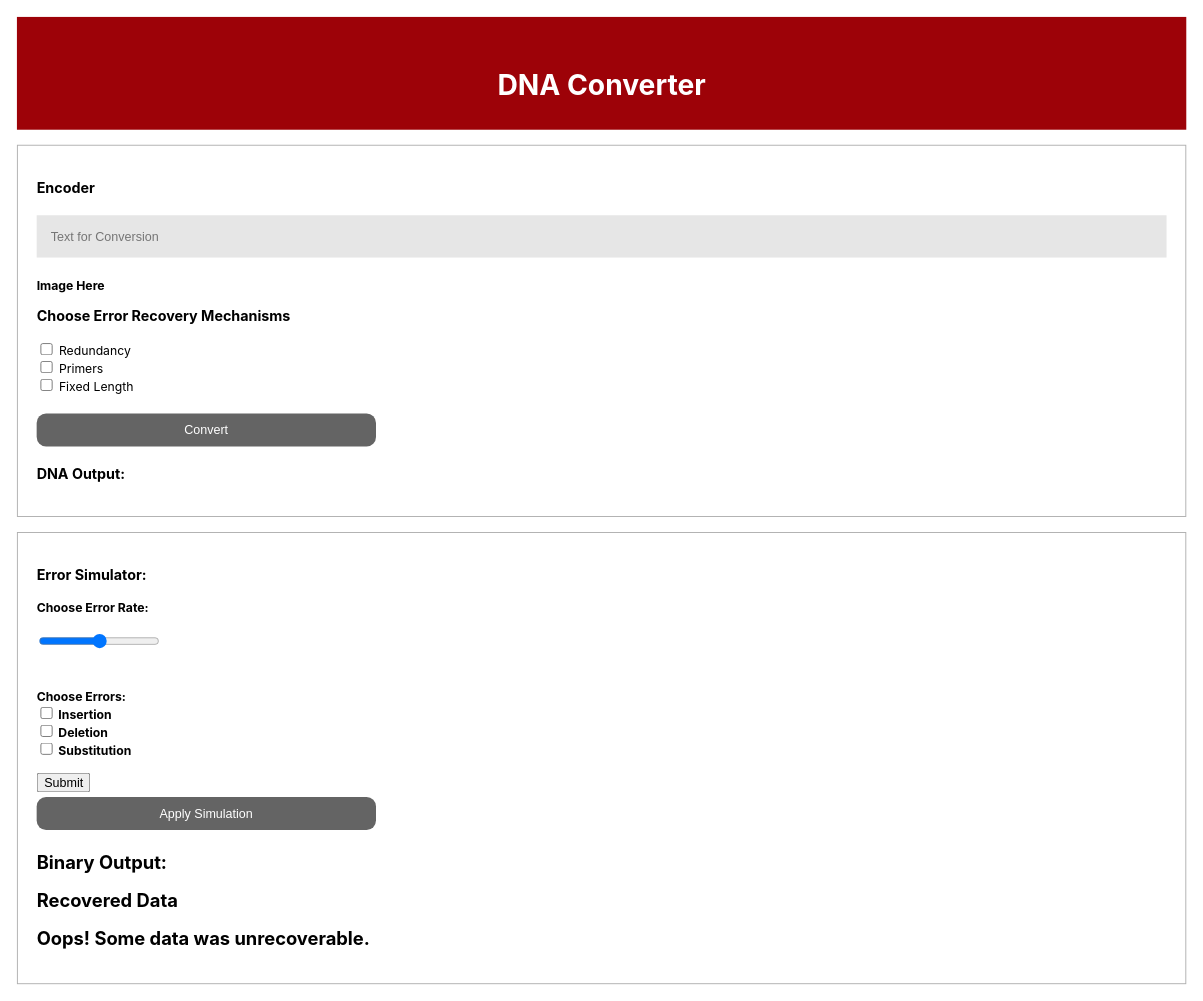
Repository: komalharjani/MSc-Thesis-DNA-Storage
Page: index.html
An editor plug-in stored every save of this project. The page is shown before and after the next save, followed by the edit.
The browser window is 1280 px wide. The pictures show the whole page, at 94% of full size.

Above is the page before, as saved 2020-08-16 22:19:16.

After the next save:
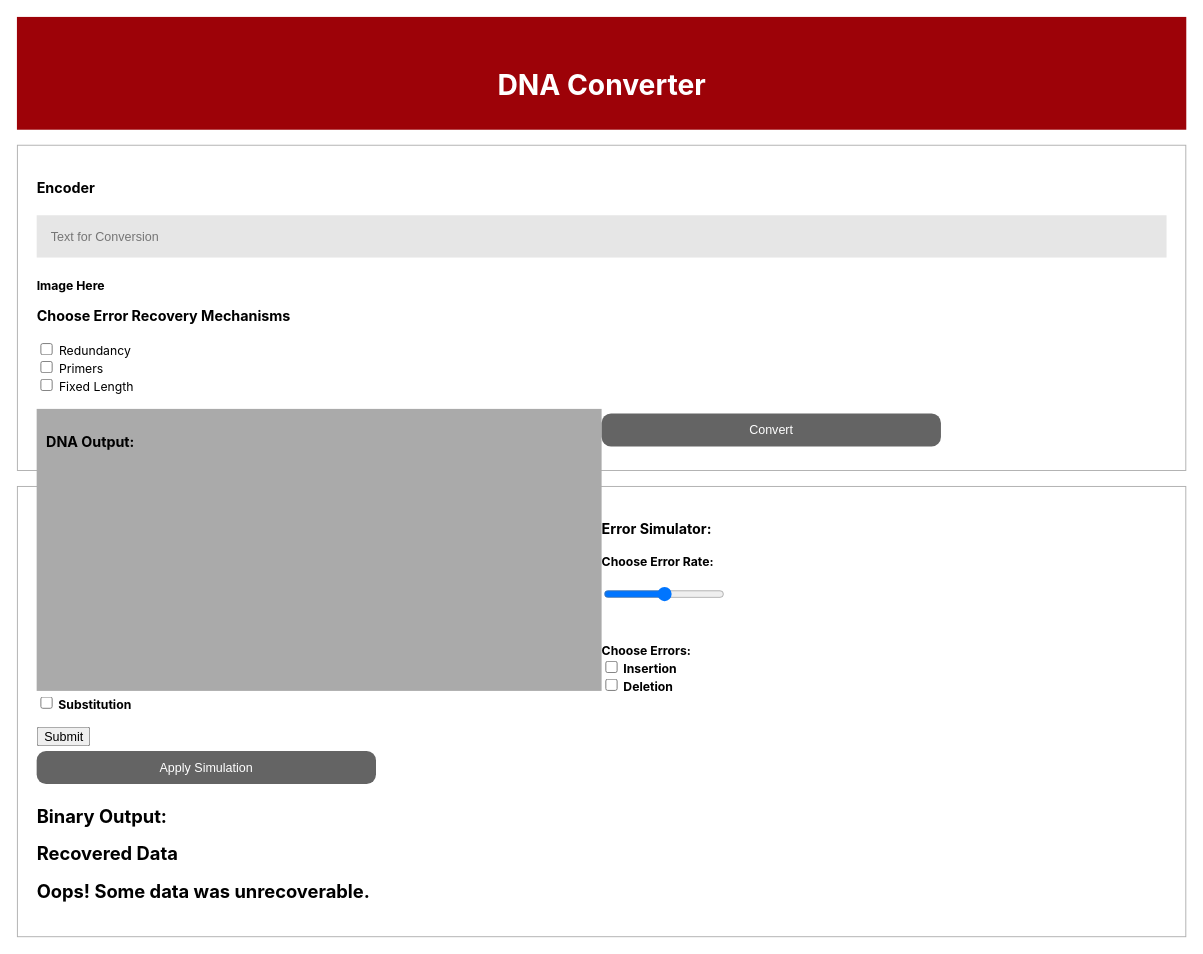
Saved 25 s later.
--- a/index.html
+++ b/index.html
@@ -28,7 +28,9 @@
                 <label for="vehicle3"> Fixed Length</label><br><br>
             </form>
             <button onclick="onSubmit()" id="submit">Convert</button>
+            <div class="column" style="background-color:#aaa;">
             <h3 id="dnaOutput">DNA Output:</h3>
+            </div>
 
         </div><br>
         <div class="loginContainer">
